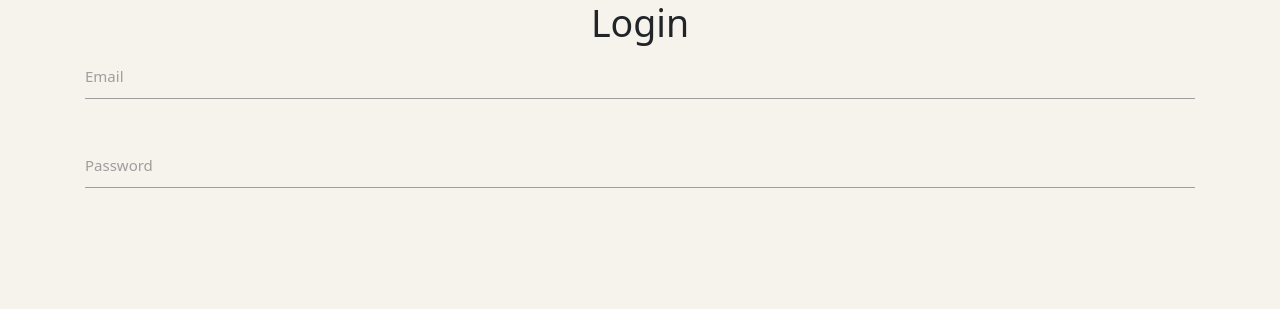
Repository: latenightsnacc/AllinOne
Page: Design/login.html
The author's editor kept a copy of each file at every save. The page is drawn from the files as they stood at one save, then again after the next save.
The browser window is 1280 px wide. The pictures show the whole page.
The style sheet was rebuilt from its Sass, Less or Tailwind sources for each picture, by a compiler version that may differ from the author's.

Above is the page before, as saved 2020-09-19 11:14:23.

After the next save:
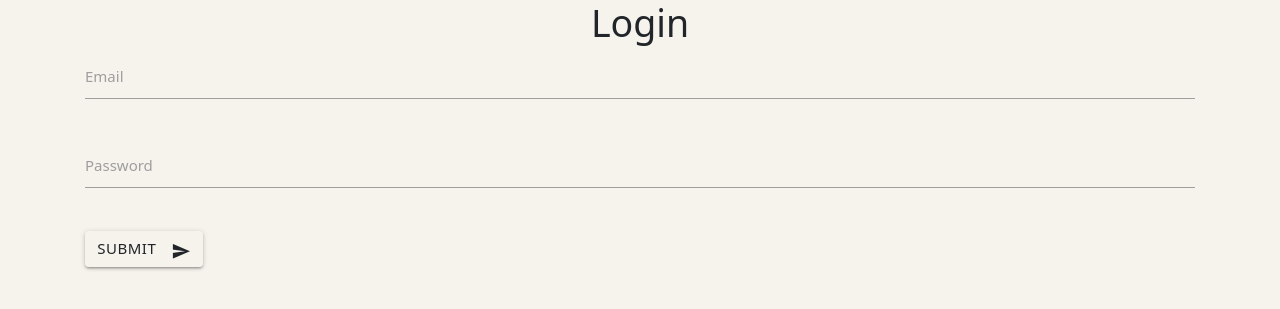
Saved 55 s later.
--- a/Design/login.html
+++ b/Design/login.html
@@ -31,6 +31,13 @@
                         <label for="password">Password</label>
                         </div>
                     </div>
+                    <div class="row">
+                        <div class="col s12">
+                            <button class="btn waves-effect waves-light" type="submit" name="action">Submit
+                                <i class="material-icons right">send</i>
+                            </button>
+                        </div>
+                    </div>
                     </form>
                 </div>
             </div>
